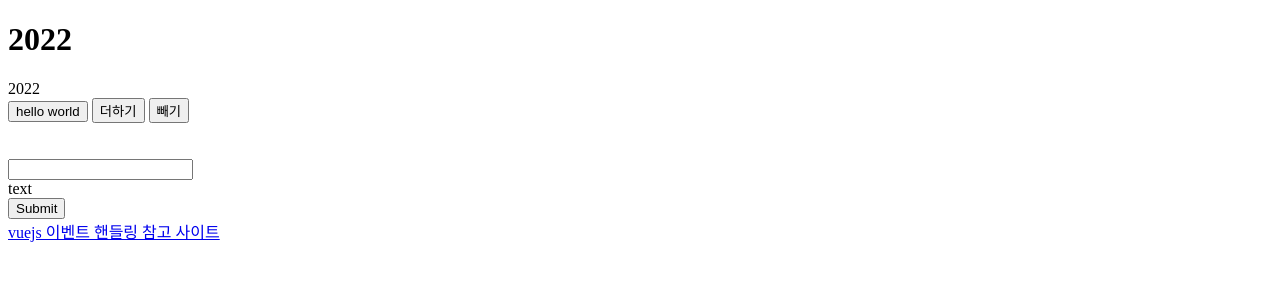
Repository: RyuGeunHwan/code_J
Page: Vuejs/22-08-09 vuejs 양방향 바인딩.html
An editor plug-in stored every save of this project. The page is shown before and after the next save, followed by the edit.
The browser window is 1280 px wide. The pictures show the whole page.

Above is the page before, as saved 2022-08-09 15:52:00.

### Vuejs/22-08-09 vuejs 양방향 바인딩.html
<!DOCTYPE html>
<html lang="en">
<head>
    <meta charset="UTF-8">
    <meta http-equiv="X-UA-Compatible" content="IE=edge">
    <meta name="viewport" content="width=device-width, initial-scale=1.0">
    <title>vuejs 양방향 바인딩</title>
    <!-- vue CDN -->
    <script src="https://cdn.jsdelivr.net/npm/vue/dist/vue.js"></script>

</head>
<body>

    <!-- 이벤트 실행하기 위해서는 v-on: 을 사용한다. v-on: => @ 으로 대체 가능-->
    <!-- 바인딩을 하기 위해서는 v-bind: 를 사용한다. v-bind 생략후 :(colon만 사용가능) -->

    <div id="app">
        <h1>{{year}}</h1>
        {{year}} <br>
        <!-- alert이라는 함수 호출 -->
        <button v-on:click="alert()">hello world</button>

        <!-- plus이라는 함수 호출 -->
        <button v-on:click="plus()">더하기</button>

        <!-- minus이라는 함수 호출 -->
        <button v-on:click="minus()">빼기</button>
        <br>
        </br>
        <!-- from태그는 default: reload를 한다. -->
        <!-- .prevent  =>  이벤트 수식어로써 제출 이벤트가 페이지를 리로드하지 않습니다. -->
        <br v-on:submit.prevent="submit">


            <!-- <input :type="text" :value="text" @keyup="updateText"><br> -->
            <!-- :value="text" @keyup="updateText"   =====>>>   v-model="text" -->
            <input type="text" v-model="ㅎㅇ"> </br>
            <!-- inputbox 미리보기 -->
            {{ text }} <br>


            <button type="submit">Submit</button>
        </form>
        <br>
        <!-- vuejs함수 확인, a태그를 link+file을 합쳐줬다. -->
        <a :href="vuejs('events.html')">vuejs 이벤트 핸들링 참고 사이트</a>
    </div>


    <script>
        new Vue({
            el: '#app',
            data: {
                year: 2022,
                text:'text',
                link: 'https://kr.vuejs.org/v2/guide/'
            },
            methods: {
                vuejs(file){
                    return this.link+file;
                },
                alert(){
                    alert('hello world!');
                },
                plus(){
                    this.year++;
                },
                minus(){
                    this.year--;
                },
                submit(){
                    alert('submited')
                    console.log('hello world');
                }
                // updateText(event){
                //     // inputbox 미리보기 함수
                //     // keyup이벤트의 Object를 event에 대입한 것.
                //     // console.log(event);
                //     this.text = event.target.value;
                // }
            }
        })
    </script>
</body>
</html>

After the next save:
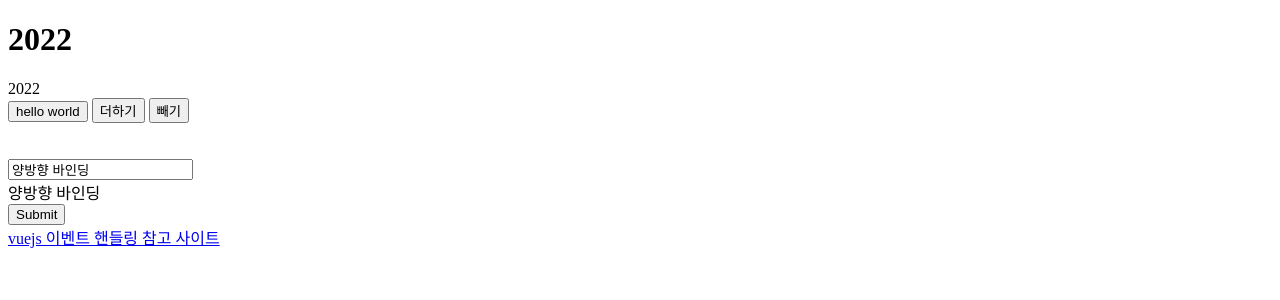
Saved 60 s later.
--- a/Vuejs/22-08-09 vuejs 양방향 바인딩.html
+++ b/Vuejs/22-08-09 vuejs 양방향 바인딩.html
@@ -34,7 +34,7 @@
 
             <!-- <input :type="text" :value="text" @keyup="updateText"><br> -->
             <!-- :value="text" @keyup="updateText"   =====>>>   v-model="text" -->
-            <input type="text" v-model="ㅎㅇ"> </br>
+            <input type="text" v-model="text"> </br>
             <!-- inputbox 미리보기 -->
             {{ text }} <br>
 
@@ -52,7 +52,7 @@
             el: '#app',
             data: {
                 year: 2022,
-                text:'text',
+                text:'양방향 바인딩',
                 link: 'https://kr.vuejs.org/v2/guide/'
             },
             methods: {
